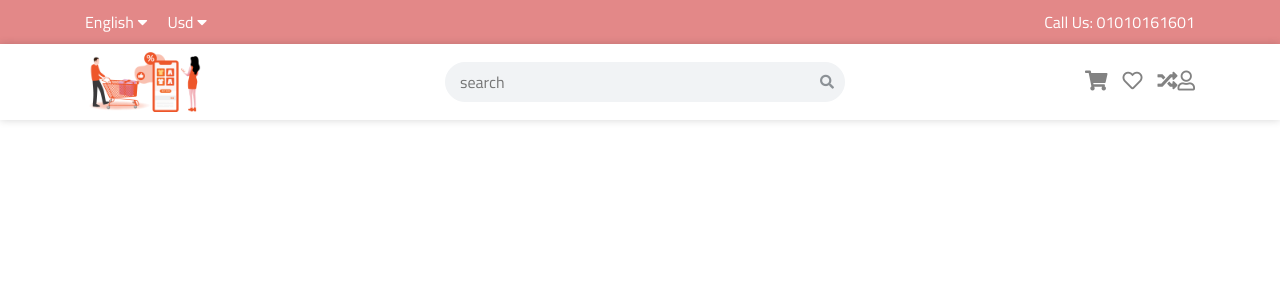
Repository: amrh20/ecommerce-temp
Page: src/index.html
The author's editor kept a copy of each file at every save. The page is drawn from the files as they stood at one save, then again after the next save.
The browser window is 1280 px wide. The pictures show the whole page.
The style sheet was rebuilt from its Sass, Less or Tailwind sources for each picture, by a compiler version that may differ from the author's.

Above is the page before, as saved 2020-01-19 12:38:43.

After the next save:
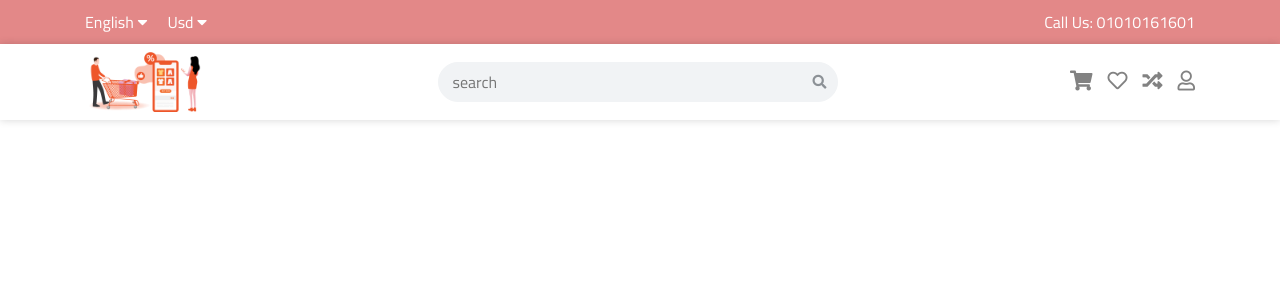
Saved 47 s later.
--- a/src/styles/header.scss
+++ b/src/styles/header.scss
@@ -216,6 +216,11 @@
            }
          }
         }
+        // compare view
+        .compare-view {
+          margin-right: 15px;
+          position: relative;
+        }
       }
     }
   }
